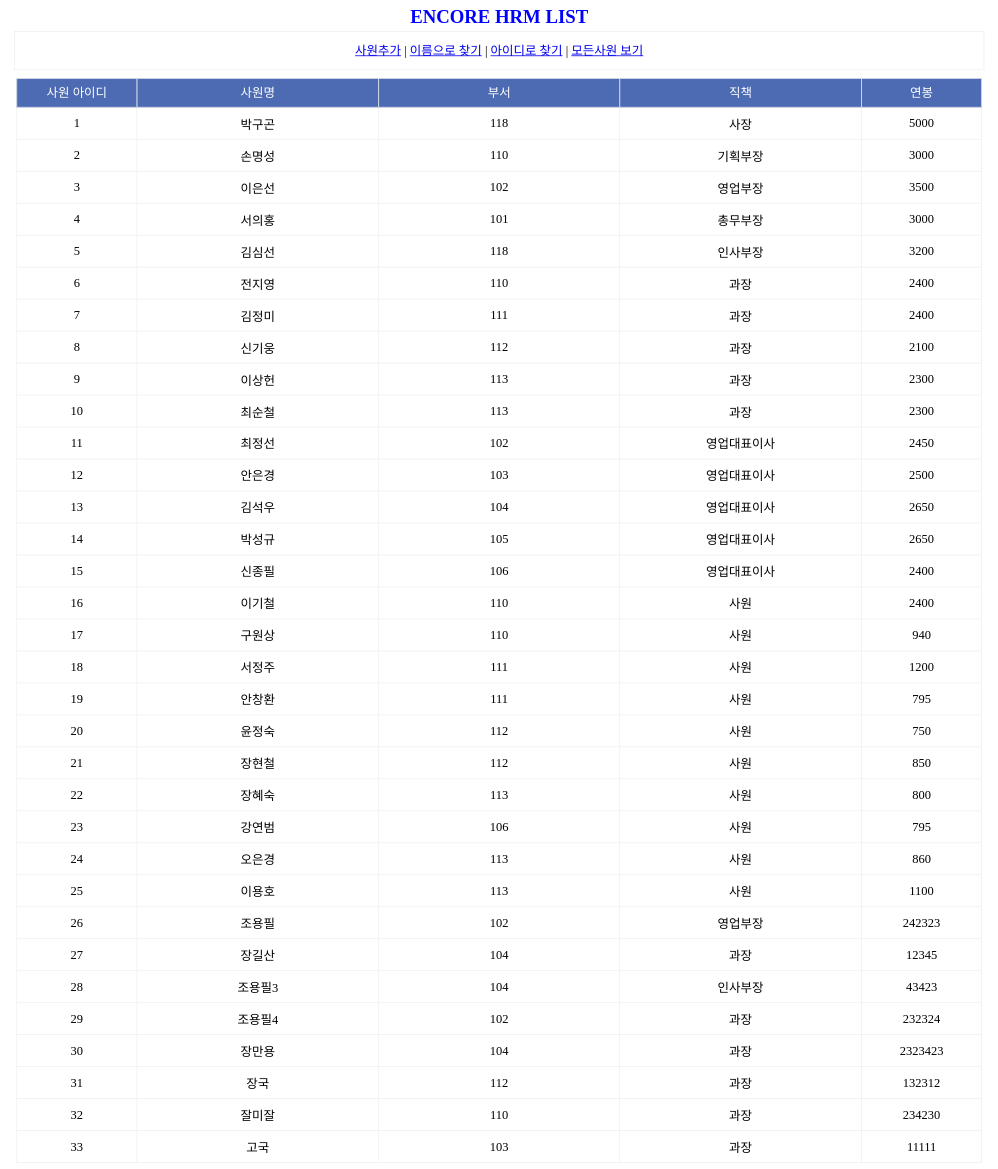
Repository: Migorithm/front_work
Page: front09_VUE/src/main/webapp/index01.html
An editor plug-in stored every save of this project. The page is shown before and after the next save, followed by the edit.
The browser window is 1280 px wide. The pictures show the whole page, at 78% of full size.
Some web libraries are served in a nearby version.

Above is the page before, as saved 2021-09-09 05:48:48.

After the next save:
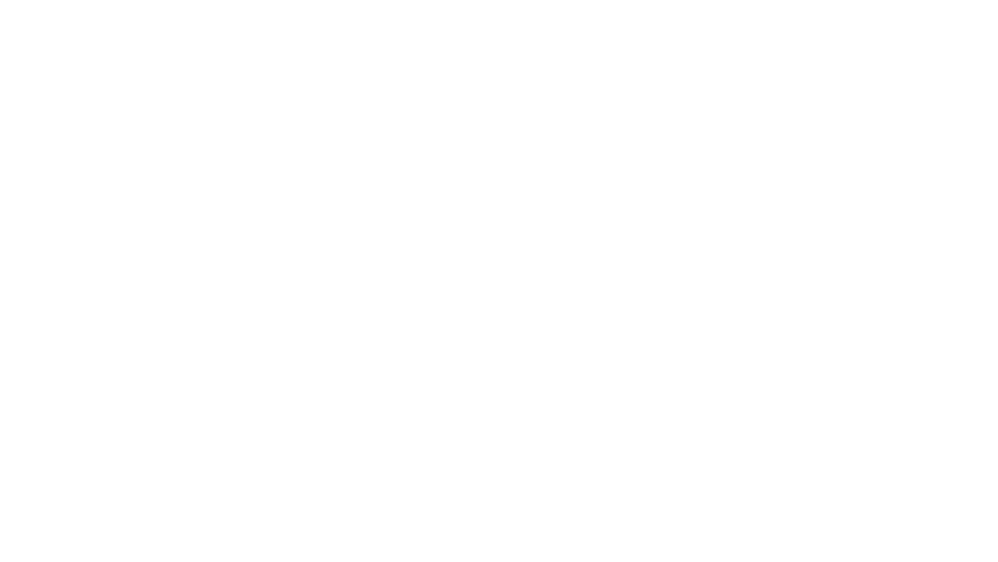
Saved 21 s later.
--- a/front09_VUE/src/main/webapp/index01.html
+++ b/front09_VUE/src/main/webapp/index01.html
@@ -32,7 +32,7 @@
 <tbody>
 	<!--  여기에 <tr v-for -->
 	<tr v-for="emp in employee">
-		<td>{{emp.id}}</td><td>{{emp.name}}</td><td>{{emp.dept_id}}</td><td>{{emp.title}}</td><td>{{emp.salary}}</td>
+		<td>{{emp.id}}</td><td>{{emp.name}}</td><td>{{emp.dept_id}}</td><td>{{emp.title}}</td><td>{{emp.salary | rounder()}}</td>
 	</tr>
 </tbody>
 </table>

After the 2 saves that followed:
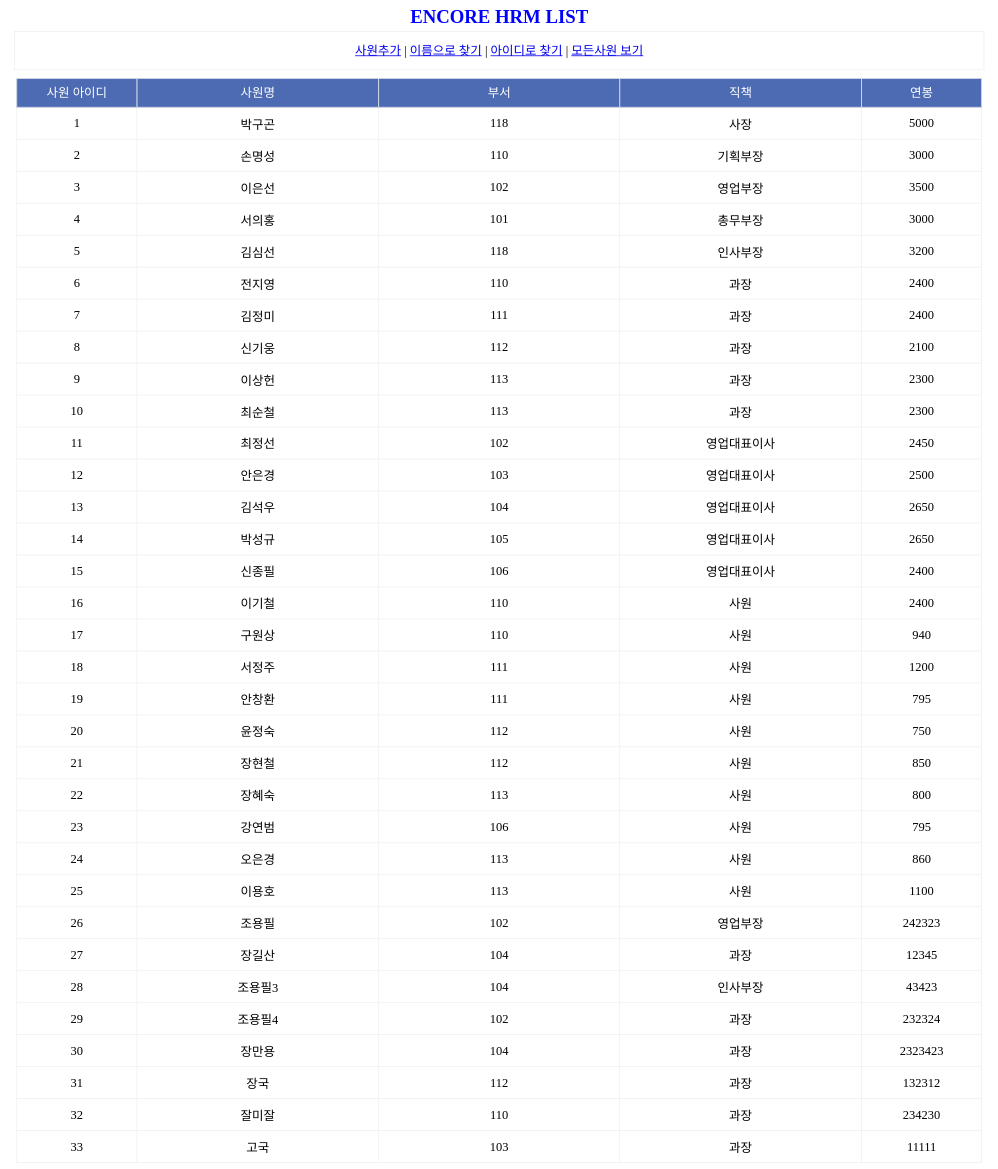
The 2 saves are shown as one change because 1 left the picture as it was.
The last was saved 35 s later.
--- a/front09_VUE/src/main/webapp/index01.html
+++ b/front09_VUE/src/main/webapp/index01.html
@@ -32,7 +32,7 @@
 <tbody>
 	<!--  여기에 <tr v-for -->
 	<tr v-for="emp in employee">
-		<td>{{emp.id}}</td><td>{{emp.name}}</td><td>{{emp.dept_id}}</td><td>{{emp.title}}</td><td>{{emp.salary | rounder()}}</td>
+		<td>{{emp.id}}</td><td>{{emp.name}}</td><td>{{emp.dept_id}}</td><td>{{emp.title}}</td><td>{{emp.salary | rounder}}</td>
 	</tr>
 </tbody>
 </table>
@@ -76,7 +76,7 @@
 			{"id":32,"name":"잘미잘","mailid":"dfsdfd","start_date":"2019-03-11","manager_id":1,"title":"과장","dept_id":110,"salary":234230.0,"commission_pct":0.0},
 			{"id":33,"name":"고국","mailid":"gogul","start_date":"2019-04-01","manager_id":1,"title":"과장","dept_id":103,"salary":11111.0,"commission_pct":0.0}]},
 		filters:{rounder:function(value){
-			return round(value,2)
+			return Math.round(value,2)
 
 
 		}}
